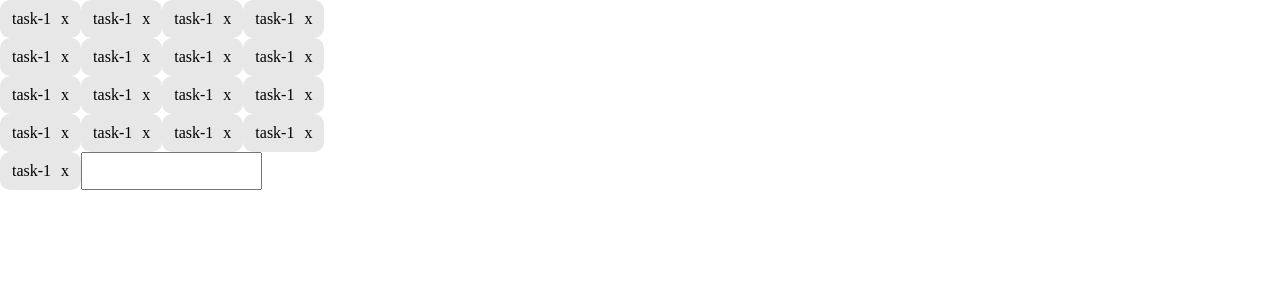
Repository: OkazakiTruong/selectOption
Page: /
These files come from the project's save history. The page is drawn as it stood at one moment and after the next save; the edit follows.
The browser window is 1280 px wide. The pictures show the whole page.
The project was rebuilt for these pictures with package versions that can differ from the ones it lists, and the page was loaded fresh each time. Also part of the build but not shown: vite.config.js.

Above is the page before, as saved 2024-01-17 20:56:16.

After the next save:
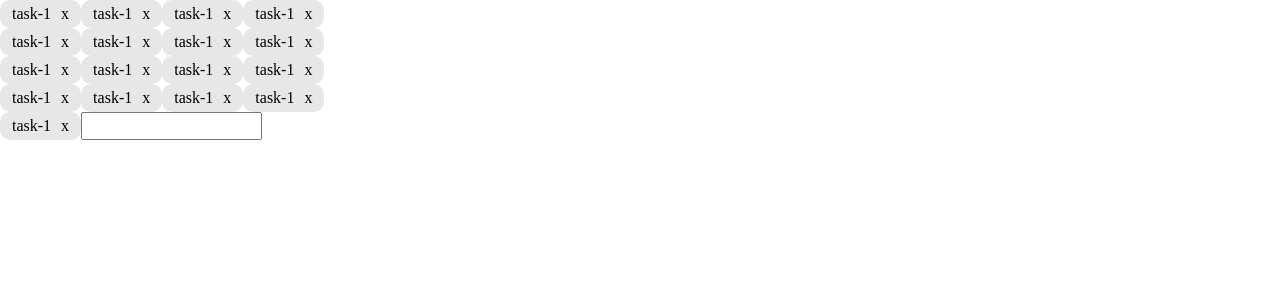
Saved 15 s later.
--- a/src/SelectBox/selectbox.css
+++ b/src/SelectBox/selectbox.css
@@ -4,7 +4,7 @@
   width: 400px;
 }
 .select-item {
-  padding: 10px 12px;
+  padding: 5px 12px;
   background-color: #e7e7e7;
   border-radius: 10px;
   display: flex;
